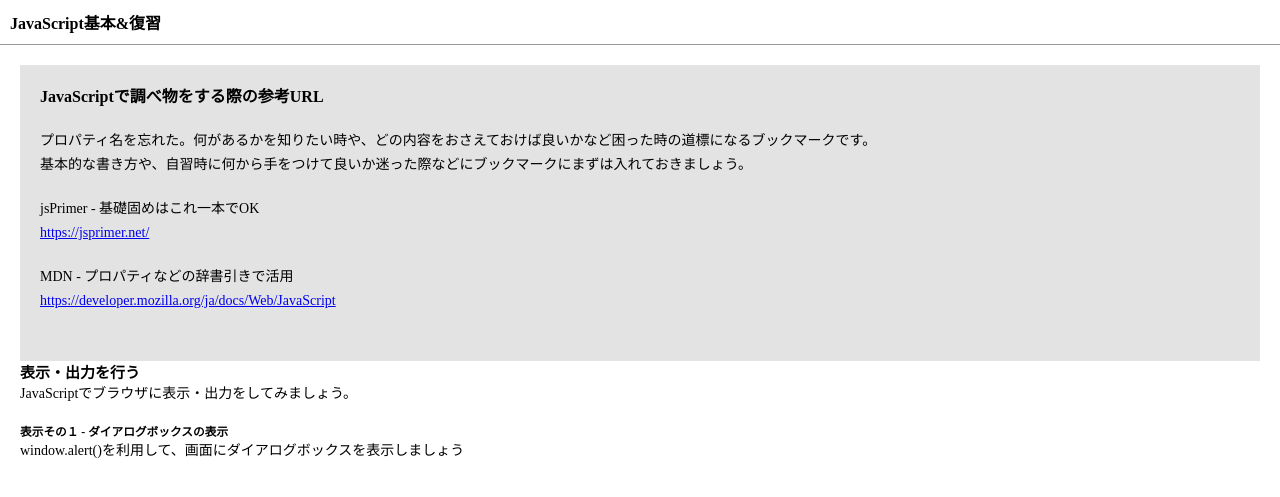
Repository: Yuto-Arakawa/study_js
Page: 01_basic/荒川/ara_basic01.html
The author's editor kept a copy of each file at every save. The page is drawn from the files as they stood at one save, then again after the next save.
The browser window is 1280 px wide. The pictures show the whole page.

Above is the page before, as saved 2026-11-06 15:20:15.

After the next save:
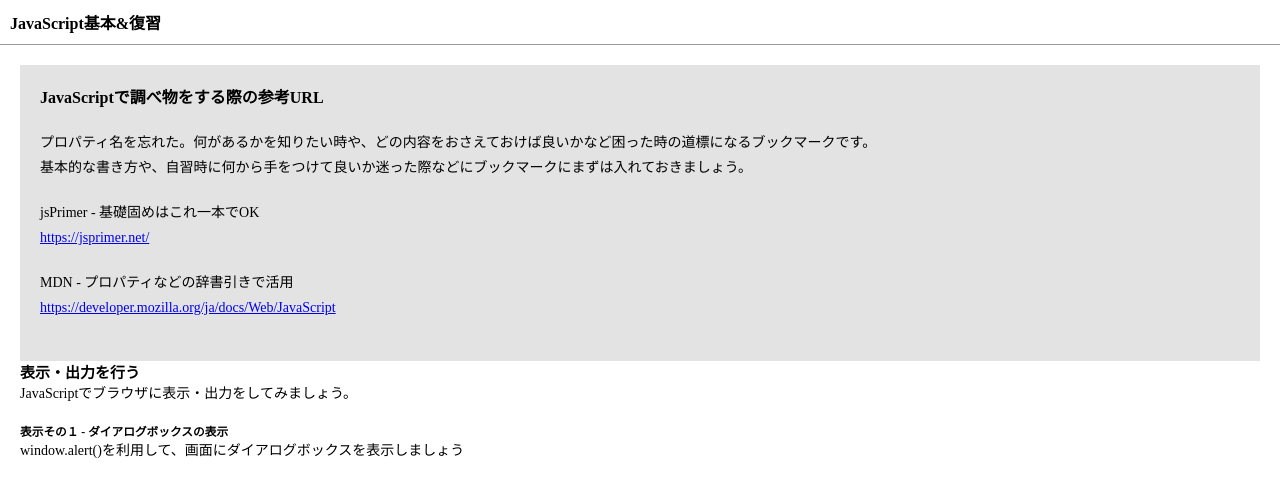
Saved 16 s later.
--- a/01_basic/荒川/css/basic01.css
+++ b/01_basic/荒川/css/basic01.css
@@ -20,7 +20,7 @@ main{
     padding: 20px;
     height: 296px;
     background-color: #e3e3e3;
-    line-height: 24px;
+    line-height: 25px;
     h2{
         font-size: 16px;
         margin-bottom: 20px;
